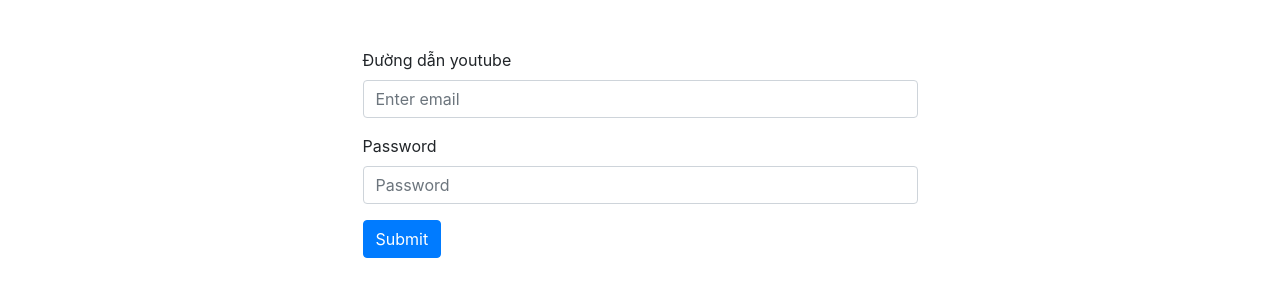
Repository: phamvuhung2710/sound-express
Page: http://localhost/download
These files come from the project's save history. The page is drawn as it stood at one moment and after a run of saves; the edit follows.
The browser window is 1280 px wide. The pictures show the whole page.
The page is served by the project's Node server (server.js).

Above is the page before, as saved 2022-08-04 22:09:53.

### views/download.ejs
<!DOCTYPE html>
<html lang="en">
  <head>
    <meta charset="UTF-8" />
    <meta http-equiv="X-UA-Compatible" content="IE=edge" />
    <meta name="viewport" content="width=device-width, initial-scale=1.0" />
    <title>LongK</title>
    <link
      rel="stylesheet"
      href="https://cdn.jsdelivr.net/npm/bootstrap@4.3.1/dist/css/bootstrap.min.css"
      integrity="sha384-ggOyR0iXCbMQv3Xipma34MD+dH/1fQ784/j6cY/iJTQUOhcWr7x9JvoRxT2MZw1T"
      crossorigin="anonymous"
    />
  </head>
  <body>
    <div class="container">
      <form class="mt-5 mx-auto" style="width: 50%">
        <div class="form-group">
          <label for="exampleInputEmail1">Đường dẫn youtube</label>
          <input
            type="email"
            class="form-control"
            id="exampleInputEmail1"
            aria-describedby="emailHelp"
            placeholder="Enter email"
          />
        </div>
        <div class="form-group">
          <label for="exampleInputPassword1">Password</label>
          <input
            type="password"
            class="form-control"
            id="exampleInputPassword1"
            placeholder="Password"
          />
        </div>
        <button type="submit" class="btn btn-primary">Submit</button>
      </form>
    </div>

    <script
      src="https://code.jquery.com/jquery-3.3.1.slim.min.js"
      integrity="sha384-q8i/X+965DzO0rT7abK41JStQIAqVgRVzpbzo5smXKp4YfRvH+8abtTE1Pi6jizo"
      crossorigin="anonymous"
    ></script>
    <script
      src="https://cdn.jsdelivr.net/npm/popper.js@1.14.7/dist/umd/popper.min.js"
      integrity="sha384-UO2eT0CpHqdSJQ6hJty5KVphtPhzWj9WO1clHTMGa3JDZwrnQq4sF86dIHNDz0W1"
      crossorigin="anonymous"
    ></script>
    <script
      src="https://cdn.jsdelivr.net/npm/bootstrap@4.3.1/dist/js/bootstrap.min.js"
      integrity="sha384-JjSmVgyd0p3pXB1rRibZUAYoIIy6OrQ6VrjIEaFf/nJGzIxFDsf4x0xIM+B07jRM"
      crossorigin="anonymous"
    ></script>
  </body>
</html>

### server.js
const express = require('express')
const util = require('util')
const app = express()
var bodyParser = require('body-parser')
const YoutubeMp3Downloader = require('youtube-mp3-downloader')

const path = require('path')
const fs = require('fs')
const readdir = util.promisify(fs.readdir)

const directoryPath = path.join(__dirname, 'public')

// parse application/x-www-form-urlencoded
app.use(bodyParser.urlencoded({ extended: false }))

// parse application/json
app.use(bodyParser.json())
app.use(express.json())

app.set('view engine', 'ejs')
app.use(express.static('public'))

app.get('/', async (req, res) => {
  const listMusic = await readdir(directoryPath)
  res.render('index', { listMusic })
})

app.post('/', (req, res) => {
  res.send('OK')
})

app.get('/download', (req, res) => {
  res.render('download')
})

app.post('/delete', (req, res) => {
  fs.unlink(`./public/${req.body.name}`, (err) => {
    if (err) throw err //handle your error the way you want to;
    console.log('path/file.txt was deleted') //or else the file will be deleted
  })
  res.send('Xoá thành công')
})

app.post('/download/', (req, res) => {
  console.log('req: ', req)
  // var YD = new YoutubeMp3Downloader({
  //   ffmpegPath: './ffmpeg/bin/ffmpeg.exe', // FFmpeg binary location
  //   outputPath: './public', // Output file location (default: the home directory)
  //   youtubeVideoQuality: 'highestaudio', // Desired video quality (default: highestaudio)
  //   queueParallelism: 2, // Download parallelism (default: 1)
  //   progressTimeout: 2000, // Interval in ms for the progress reports (default: 1000)
  //   allowWebm: false // Enable download from WebM sources (default: false)
  // })

  // //Download video and save as MP3 file
  // YD.download('lXx-kdlxL48', '2.mp3')

  // YD.on('finished', function (err, data) {
  //   res.send('Thành công')
  // })

  // YD.on('error', function (error) {
  //   console.log('error: ', error)
  // })

  // YD.on('progress', function (progress) {
  //   console.log(JSON.stringify(progress))
  // })
})

app.listen(3000, () => {
  console.log(`Server started running`)
})

function removeVietnameseTones(str) {
  str = str.replace(/à|á|ạ|ả|ã|â|ầ|ấ|ậ|ẩ|ẫ|ă|ằ|ắ|ặ|ẳ|ẵ/g, 'a')
  str = str.replace(/è|é|ẹ|ẻ|ẽ|ê|ề|ế|ệ|ể|ễ/g, 'e')
  str = str.replace(/ì|í|ị|ỉ|ĩ/g, 'i')
  str = str.replace(/ò|ó|ọ|ỏ|õ|ô|ồ|ố|ộ|ổ|ỗ|ơ|ờ|ớ|ợ|ở|ỡ/g, 'o')
  str = str.replace(/ù|ú|ụ|ủ|ũ|ư|ừ|ứ|ự|ử|ữ/g, 'u')
  str = str.replace(/ỳ|ý|ỵ|ỷ|ỹ/g, 'y')
  str = str.replace(/đ/g, 'd')
  str = str.replace(/À|Á|Ạ|Ả|Ã|Â|Ầ|Ấ|Ậ|Ẩ|Ẫ|Ă|Ằ|Ắ|Ặ|Ẳ|Ẵ/g, 'A')
  str = str.replace(/È|É|Ẹ|Ẻ|Ẽ|Ê|Ề|Ế|Ệ|Ể|Ễ/g, 'E')
  str = str.replace(/Ì|Í|Ị|Ỉ|Ĩ/g, 'I')
  str = str.replace(/Ò|Ó|Ọ|Ỏ|Õ|Ô|Ồ|Ố|Ộ|Ổ|Ỗ|Ơ|Ờ|Ớ|Ợ|Ở|Ỡ/g, 'O')
  str = str.replace(/Ù|Ú|Ụ|Ủ|Ũ|Ư|Ừ|Ứ|Ự|Ử|Ữ/g, 'U')
  str = str.replace(/Ỳ|Ý|Ỵ|Ỷ|Ỹ/g, 'Y')
  str = str.replace(/Đ/g, 'D')
  // Some system encode vietnamese combining accent as individual utf-8 characters
  // Một vài bộ encode coi các dấu mũ, dấu chữ như một kí tự riêng biệt nên thêm hai dòng này
  str = str.replace(/\u0300|\u0301|\u0303|\u0309|\u0323/g, '') // ̀ ́ ̃ ̉ ̣  huyền, sắc, ngã, hỏi, nặng
  str = str.replace(/\u02C6|\u0306|\u031B/g, '') // ˆ ̆ ̛  Â, Ê, Ă, Ơ, Ư
  // Remove extra spaces
  // Bỏ các khoảng trắng liền nhau
  str = str.replace(/ + /g, ' ')
  str = str.trim()
  // Remove punctuations
  // Bỏ dấu câu, kí tự đặc biệt
  str = str.replace(
    /!|@|%|\^|\*|\(|\)|\+|\=|\<|\>|\?|\/|,|\.|\:|\;|\'|\"|\&|\#|\[|\]|~|\$|_|`|-|{|}|\||\\/g,
    ' '
  )
  return str
}

After the next 2 saves:
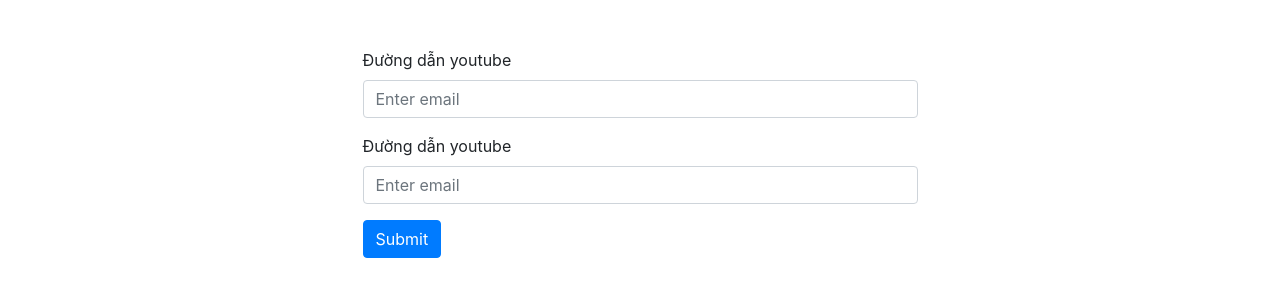
The 2 saves are shown as one change because they came seconds apart.
The last was saved 9 s later.
--- a/views/download.ejs
+++ b/views/download.ejs
@@ -26,12 +26,13 @@
           />
         </div>
         <div class="form-group">
-          <label for="exampleInputPassword1">Password</label>
+          <label for="exampleInputEmail1">Đường dẫn youtube</label>
           <input
-            type="password"
+            type="email"
             class="form-control"
-            id="exampleInputPassword1"
-            placeholder="Password"
+            id="exampleInputEmail1"
+            aria-describedby="emailHelp"
+            placeholder="Enter email"
           />
         </div>
         <button type="submit" class="btn btn-primary">Submit</button>
